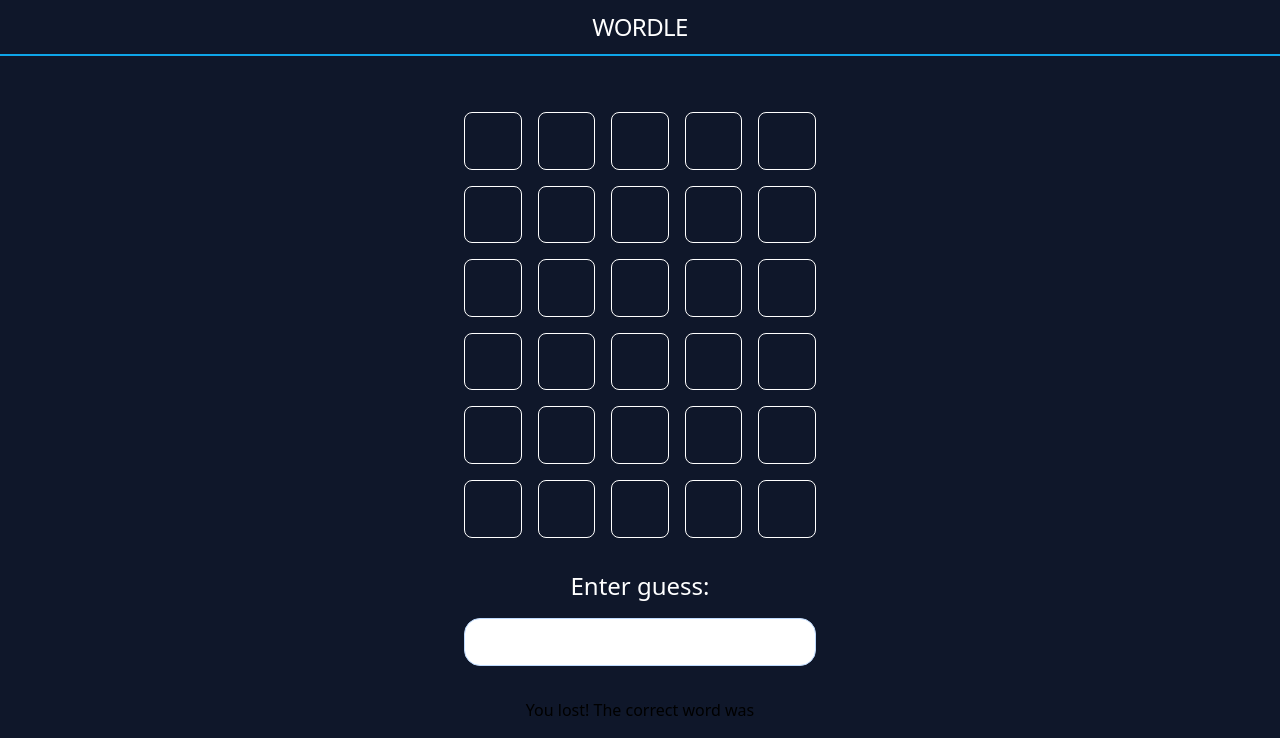
Repository: hjubsoni/basic-wordle-game
Page: / (app in client/)
The author's editor kept a copy of each file at every save. The page is drawn from the files as they stood at one save, then again after the next save.
The browser window is 1280 px wide. The pictures show the whole page.
The page's requests for data from a server got no answer. The project was rebuilt for these pictures with package versions that can differ from the ones it lists, and the page was loaded fresh each time. No one was signed in, and anything a server would have sent is missing. Also part of the build but not shown: client/vite.config.ts.

Above is the page before, as saved 2023-01-29 20:05:12.

### client/src/main.tsx
import React from 'react';
import ReactDOM from 'react-dom/client';
import App from './App';
import './index.css';

ReactDOM.createRoot(
  document.getElementById('root') as HTMLElement
).render(
  <React.StrictMode>
    <App />
  </React.StrictMode>
);

### client/src/App.tsx
import React from 'react';
import Header from './components/Header';
import Game from './components/Game';

function App() {
  return (
    <div className="h-full">
      <Header />
      <Game />
    </div>
  );
}

export default App;

### client/src/index.css
@tailwind base;
@tailwind components;
@tailwind utilities;

@layer base {
  html,
  body,
  #root {
    @apply h-full bg-slate-900;
  }
}

### client/src/components/Header/Header.tsx
import React from 'react';

function Header() {
  return (
    <header className="flex h-14 items-center justify-center  border-b-2 border-sky-500 ">
      <h2 className="uppercase text-white text-2xl tracking-tight">
        Wordle
      </h2>
    </header>
  );
}

export default Header;

### client/src/components/Game/Game.tsx
import React from 'react';
import { range } from '../../utils/range';
import Row from '../Row';
import Form from '../Form';
import ResultPopUp from '../ResultPopUp';

function Game() {
  const [correctWord, setCorrectWord] = React.useState('');
  const [guessedWords, setGuessedWords] = React.useState<string[]>(
    []
  );
  const [warningMessage, setWarningMessage] =
    React.useState<boolean>(false);

  const generateCorrectWord = async () => {
    const response = await fetch('http://localhost:5000/api');
    const words = await response.json();
    setCorrectWord(words[Math.floor(Math.random() * words.length)]);
  };

  React.useEffect(() => {
    generateCorrectWord();
  }, []);

  const handleSubmitGuess = (guess: string) => {
    setGuessedWords([...guessedWords, guess]);
  };

  return (
    <main className="flex items-center justify-center flex-col gap-8 p-4 max-w-sm  mx-auto">
      {warningMessage && (
        <p className="text-red-500 ">Not in word list</p>
      )}
      <div className="flex gap-4 flex-col max-w-sm w-full rouded-lg mt-10 ">
        {range(6).map((_, rowIdx) => {
          const validatedWord = guessedWords[rowIdx]
            ? guessedWords[rowIdx]
            : '';
          return (
            <Row
              key={rowIdx}
              currentWord={validatedWord}
              correctWord={correctWord}
            />
          );
        })}
      </div>

      <Form
        handleSubmitGuess={handleSubmitGuess}
        guessedWords={guessedWords}
        setWarningMessage={setWarningMessage}
        correctWord={correctWord}
      />
      <ResultPopUp
        guessedWords={guessedWords}
        correctWord={correctWord}
      />
    </main>
  );
}

export default Game;

### client/src/utils/range.tsx
export const range = (start: number, end?: number, step = 1) => {
  let output = [];
  if (typeof end === 'undefined') {
    end = start;
    start = 0;
  }
  for (let i = start; i < end; i += step) {
    output.push(i);
  }
  return output;
};

### client/src/components/ResultPopUp/index.tsx
export { default } from './ResultPopUp';

### client/src/components/Row/Row.tsx
import React from 'react';
import { range } from '../../utils/range';
import Cell from '../Cell';

function Row({
  currentWord,
  correctWord,
}: {
  currentWord: string;
  correctWord: string;
}) {
  const checkGuess = (currentWord: string, correctWord: string) => {
    if (currentWord.length !== 5) return;
    const chars = currentWord.toUpperCase().split('');
    return chars.map((char, idx) => {
      let status;
      if (char === correctWord[idx]) {
        status = 'correct';
      } else if (correctWord.includes(char)) {
        status = 'misplaced';
      } else {
        status = 'incorrect';
      }
      return {
        letter: currentWord[idx],
        status,
      };
    });
  };

  const result = checkGuess(currentWord, correctWord);

  return (
    <div className="flex gap-4">
      {range(5).map((_, cellIdx) => {
        const status = result ? result[cellIdx].status : '';
        return (
          <Cell
            key={cellIdx}
            currentChar={currentWord[cellIdx]}
            status={status}
          />
        );
      })}
    </div>
  );
}

export default Row;

### client/src/components/Form/Form.tsx
import React from 'react';

function Form({
  handleSubmitGuess,
  guessedWords,
  setWarningMessage,
  correctWord,
}: {
  handleSubmitGuess: (guess: string) => void;
  guessedWords: string[];
  setWarningMessage: (warningMessage: boolean) => void;
  correctWord: string;
}) {
  const [possibleWords, setPossibleWords] = React.useState<string[]>(
    []
  );
  const [guess, setGuess] = React.useState('');

  const getPossibleWords = async () => {
    const response = await fetch('http://localhost:5000/api');
    const words = await response.json();
    setPossibleWords(words);
  };

  React.useEffect(() => {
    getPossibleWords();
  }, []);

  const handleSubmit = (e: React.FormEvent<HTMLFormElement>) => {
    e.preventDefault();
    if (possibleWords.includes(guess)) {
      handleSubmitGuess(guess);
      setGuess('');
      setWarningMessage(false);
    }
    if (!possibleWords.includes(guess)) {
      setWarningMessage(true);
      setGuess('');
    }
  };

  return (
    <form
      onSubmit={handleSubmit}
      className="flex gap-4 items-center flex-col w-full"
    >
      <label htmlFor="guess" className="text-white text-2xl">
        Enter guess:
      </label>
      <input
        className="border border-blue-200 rounded-2xl px-2 h-12 w-full text-2xl"
        type="text"
        id="guess"
        name="guess"
        value={guess}
        onChange={(e) => setGuess(e.target.value.toUpperCase())}
        required={true}
        minLength={5}
        maxLength={5}
        disabled={
          guessedWords.length === 6 ||
          guessedWords.includes(correctWord)
        }
        autoComplete="off"
      />
    </form>
  );
}

export default Form;

### client/src/components/ResultPopUp/ResultPopUp.tsx
import React from 'react';

function ResultPopUp({
  guessedWords,
  correctWord,
}: {
  guessedWords: string[];
  correctWord: string;
}) {
  const status = guessedWords.includes(correctWord)
    ? 'Congratulations'
    : `You lost! The correct word was ${correctWord}`;
  return <p>{status}</p>;
}

export default ResultPopUp;

### client/src/components/Cell/index.tsx
export { default } from './Cell';

### client/src/components/Cell/Cell.tsx
import React from 'react';

function Cell({
  currentChar,
  status,
}: {
  currentChar: string;
  status: string;
}) {
  let styles;
  switch (status) {
    case 'correct':
      styles = 'bg-green-500';
      break;
    case 'misplaced':
      styles = 'bg-yellow-500';
      break;
    case 'incorrect':
      styles = 'bg-gray-500';
      break;
    default:
      styles = 'bg-slate-900';
  }
  return (
    <div
      className={`${styles} border border-white flex-1 aspect-square rounded-lg text-white text-3xl uppercase flex items-center justify-center`}
    >
      {currentChar}
    </div>
  );
}

export default Cell;

### client/tailwind.config.cjs
/** @type {import('tailwindcss').Config} */
module.exports = {
  content: ['./index.html', './src/**/*.{js,ts,jsx,tsx}'],
  theme: {},
  plugins: [],
};

Loaded but not shown: client/index.html (common file); client/src/components/Header/index.tsx (common file); client/src/components/Game/index.tsx (common file); client/src/components/Row/index.tsx (common file); client/src/components/Form/index.tsx (common file)

After the next save:
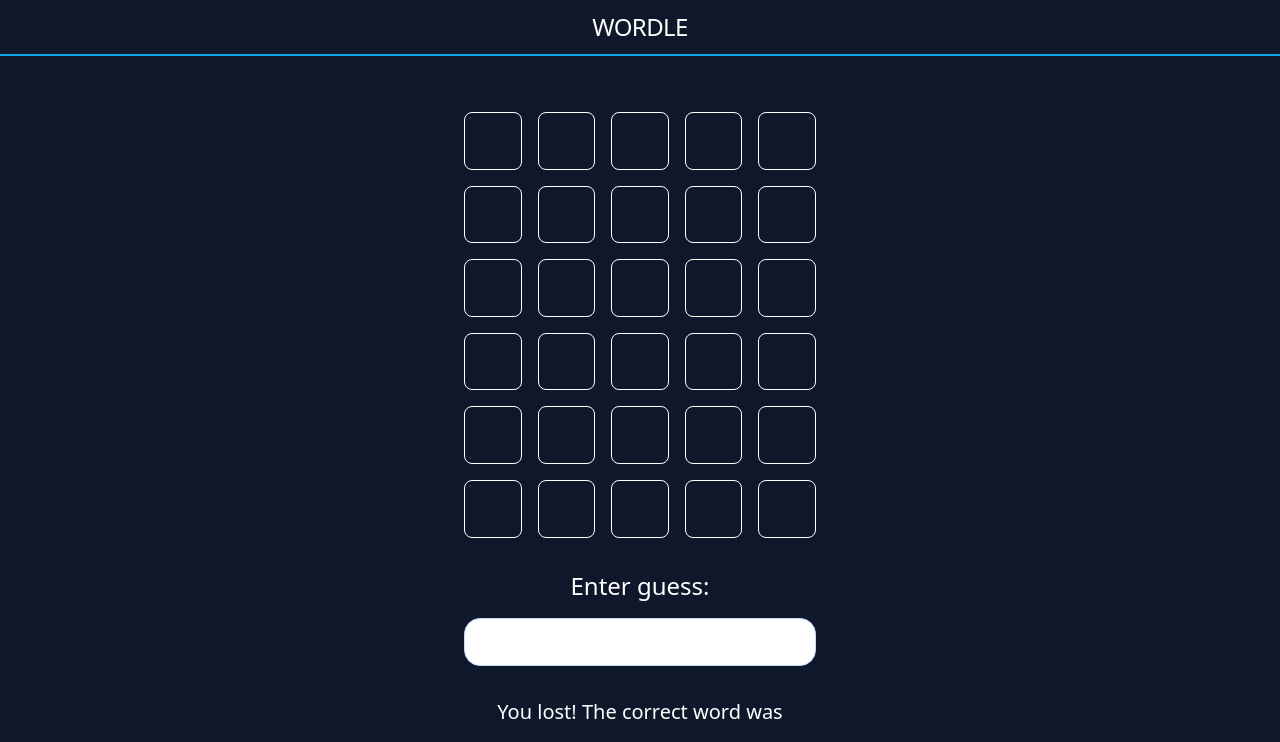
Saved 60 s later.
--- a/client/src/components/ResultPopUp/ResultPopUp.tsx
+++ b/client/src/components/ResultPopUp/ResultPopUp.tsx
@@ -10,7 +10,7 @@
   const status = guessedWords.includes(correctWord)
     ? 'Congratulations'
     : `You lost! The correct word was ${correctWord}`;
-  return <p>{status}</p>;
+  return <p className="text-xl text-white">{status}</p>;
 }
 
 export default ResultPopUp;
